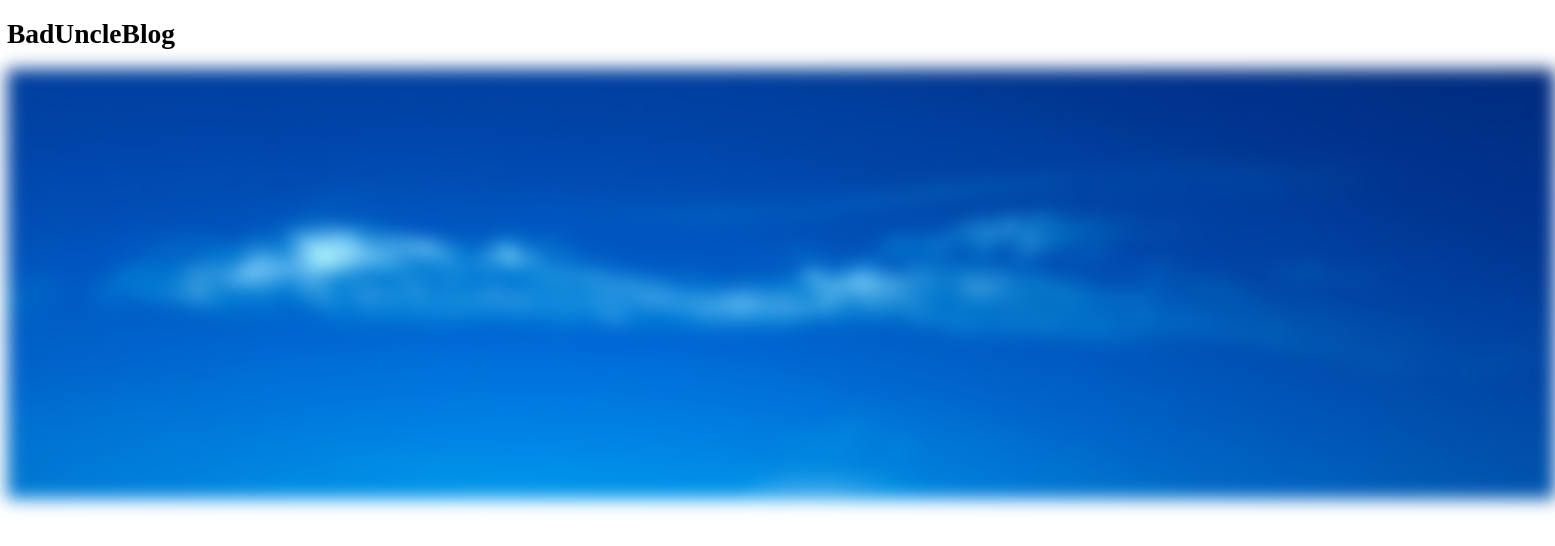
Repository: lidasi/monkeyLife
Page: http://localhost/monkeyLife/jsp/topbar.jsp
The author's editor kept a copy of each file at every save. The page is drawn from the files as they stood at one save, then again after the next save.
The browser window is 1280 px wide. The page is 1808 px wide, so the pictures cover 1808 px, including what lies to the right of the window. The pictures show the whole page, at 86% of full size.
The page is served by Tomcat 9.

Above is the page before, as saved 2017-07-13 06:51:49.

After the next save:
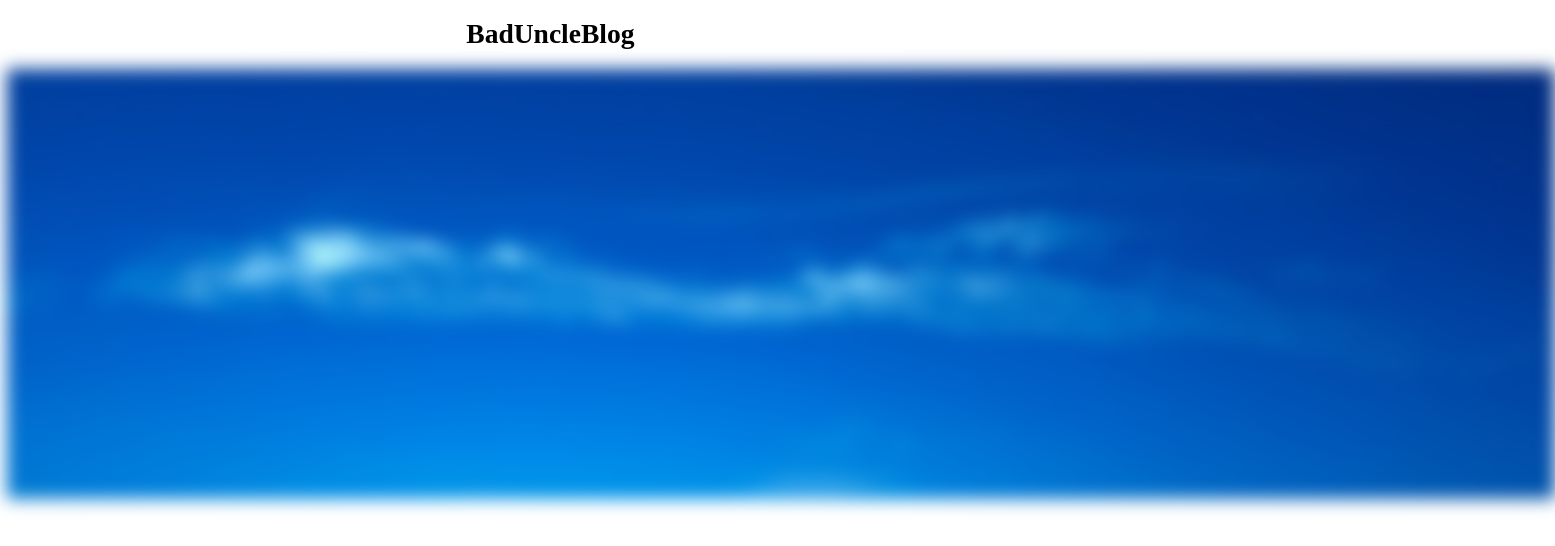
Saved 22 s later.
--- a/workSpeaces/monkeyLife/WebContent/css/top.css
+++ b/workSpeaces/monkeyLife/WebContent/css/top.css
@@ -28,4 +28,4 @@
     }
 }
 
-#title {float: center }
+#title {text-align: center; }
